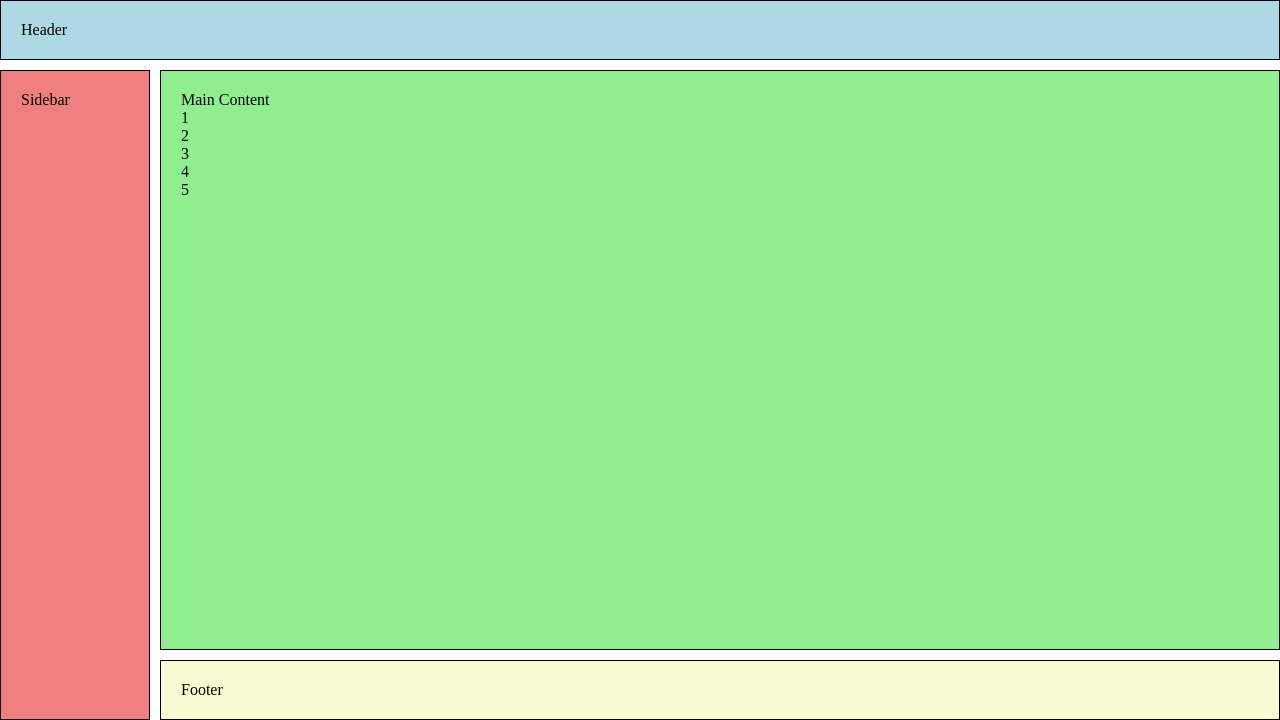
Repository: gustavotwist/desafio-grid
Page: assets/index.html
The author's editor kept a copy of each file at every save. The page is drawn from the files as they stood at one save, then again after the next save.
The browser window is 1280 px wide. The pictures show the whole page.

Above is the page before, as saved 2024-08-13 19:54:51.

After the next save:
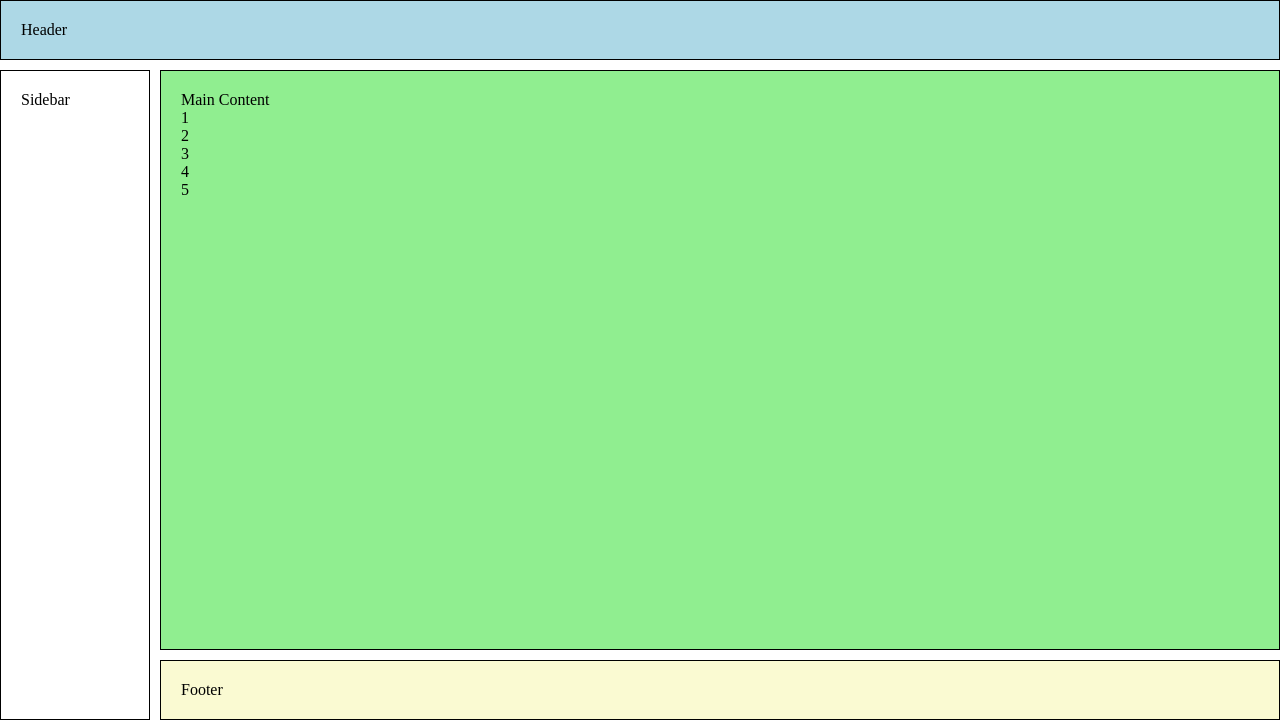
Saved 30 s later.
--- a/assets/css/style.css
+++ b/assets/css/style.css
@@ -21,6 +21,7 @@
 }
 aside {
     grid-area: sidebar;
+    width
     background-color: lightcoral;
 }
 main {

After the 3 saves that followed:
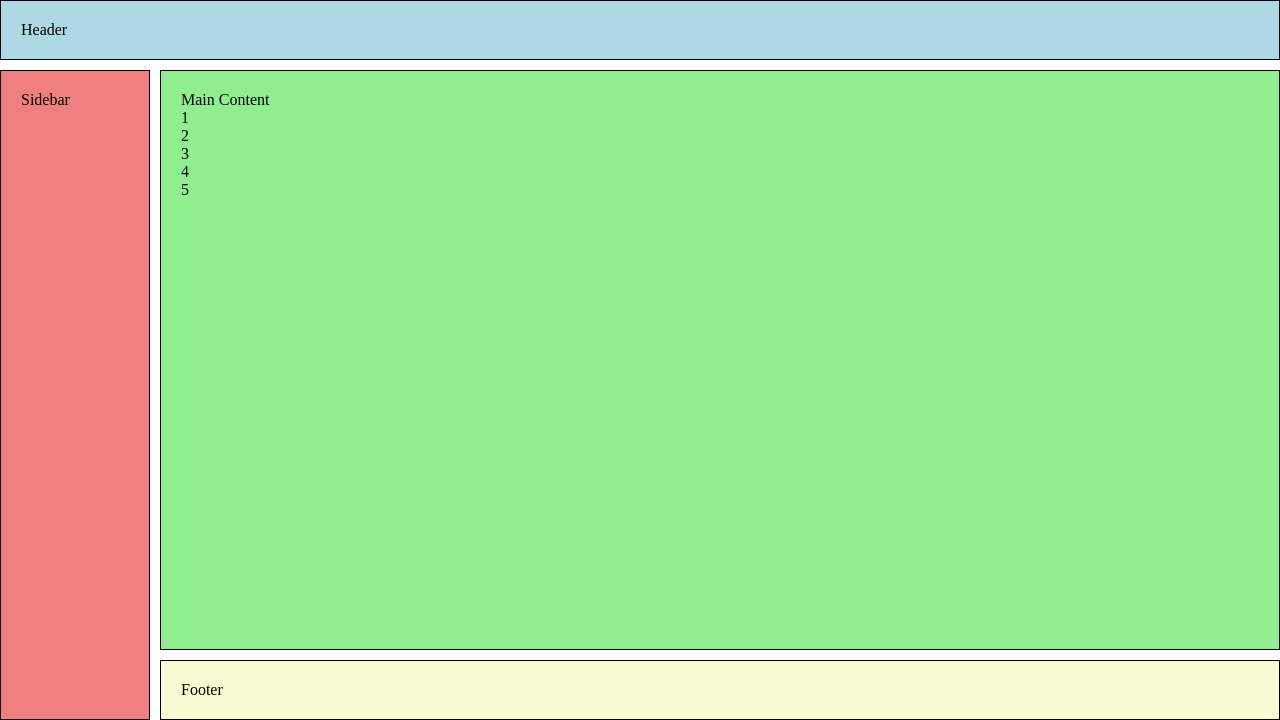
The 3 saves are shown as one change because they came seconds apart.
The last was saved 9 s later.
--- a/assets/css/style.css
+++ b/assets/css/style.css
@@ -21,7 +21,7 @@
 }
 aside {
     grid-area: sidebar;
-    width
+    width:;
     background-color: lightcoral;
 }
 main {
